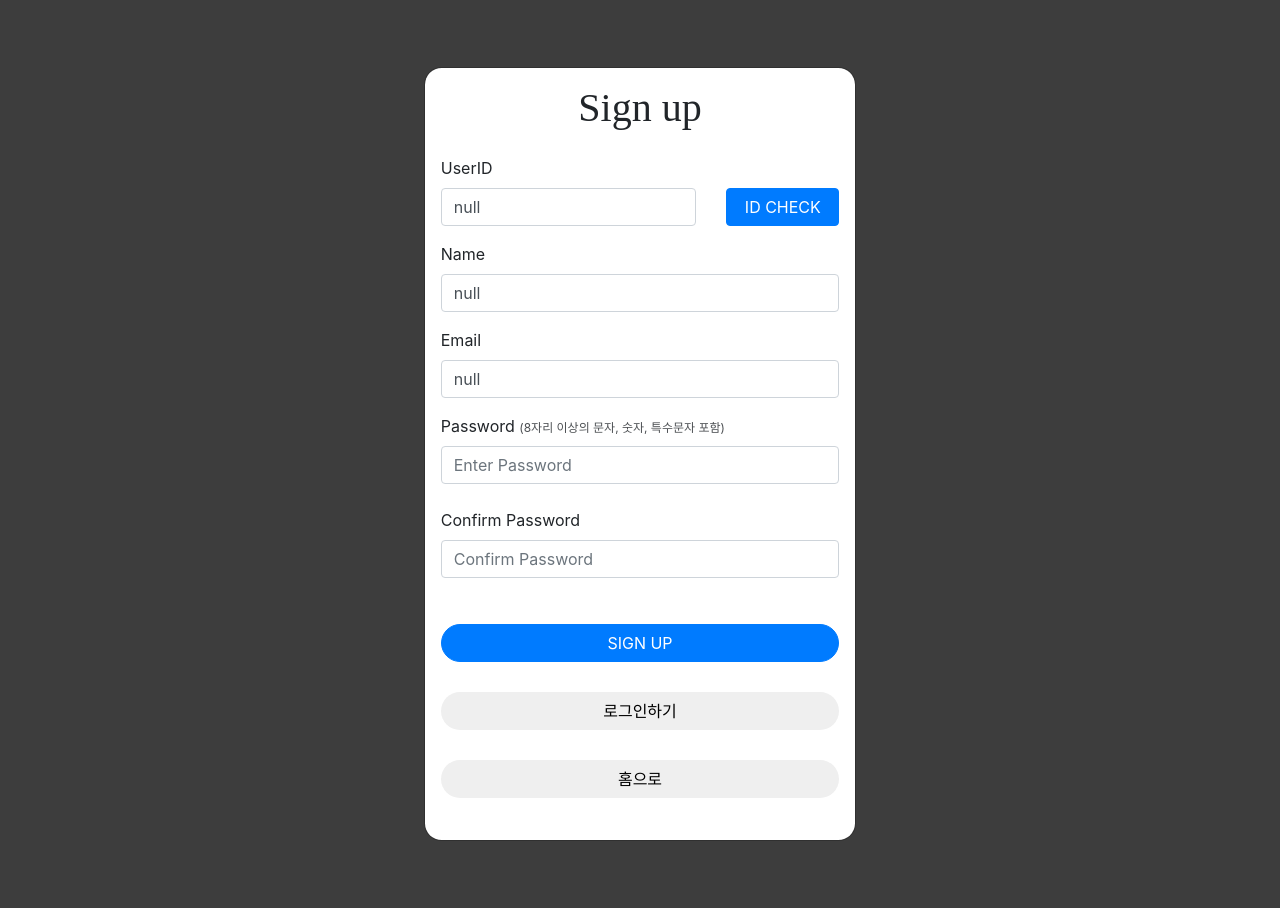
Repository: jeongeun-cloud/spring-study
Page: http://localhost/Session/registerForm.jsp
The author's editor kept a copy of each file at every save. The page is drawn from the files as they stood at one save, then again after the next save.
The browser window is 1280 px wide. The pictures show the whole page.
Some web fonts or font styles are not loaded; a fallback is used. The page is served by Tomcat 9. Other server files are loaded and not shown.

Above is the page before, as saved 2020-06-08 02:33:31.

### jsp_work/Session/WebContent/registerForm.jsp
<%@ page language="java" contentType="text/html; charset=UTF-8"
    pageEncoding="UTF-8"%>

<jsp:useBean id="user" class="jdbc.User" scope="request" />
<jsp:setProperty name="user" property="*"/>

<%
	String result = request.getParameter("result");
	System.out.println(result);
    	out.println(
    		"<script> history.replaceState({},null, location.pathname); </script>"
    	);

	String id = user.getId() == null? "" : user.getId();
	String name = user.getName() == null? "" : user.getName();
	String email = user.getEmail() == null? "" : user.getEmail();
%>

<!doctype html>
<html>
<head>
<meta http-equiv="Content-Type" content="text/html; charset=UTF-8">
<title>Signup Page</title>
   <link href="//maxcdn.bootstrapcdn.com/bootstrap/4.0.0/css/bootstrap.min.css" rel="stylesheet" id="bootstrap-css">
   <link href="https://fonts.googleapis.com/css?family=Kaushan+Script" rel="stylesheet">
   <style>
   body {
	    padding-top:4.2rem;
		padding-bottom:4.2rem;
		background:rgba(0, 0, 0, 0.76);
	}

   	h1,h2,h3 {
     	font-family: 'Kaushan Script', cursive;
	}

	.myform {
		position: relative;
		display: -ms-flexbox;
		display: flex;
		padding: 1rem;
		-ms-flex-direction: column;
		flex-direction: column;
		width: 100%;
		pointer-events: auto;
		background-color: #fff;
		background-clip: padding-box;
		border: 1px solid rgba(0,0,0,.2);
		border-radius: 1.1rem;
		outline: 0;
		max-width: 500px;
	}
	.tx-tfm {
	    text-transform:uppercase;
	}
	.mybtn {
	    border-radius:50px;
	}

	#pwdMsg {
		font-size:12px;
		opacity:0.8;
	}

   </style>

</head>
<body>
	<div class="container">
         <div class="col-md-5 mx-auto">
         <div id="first">
            <div class="myform form ">
                <div class="logo mb-3">
                   <div class="col-md-12 text-center">
                     <h1>Sign up</h1>
                   </div>
                  </div>

				<!-- <form action="registerAction.jsp" method="POST"> -->
				<form action="" name="regForm" id="regForm" method="POST" onsubmit="return checkValue()">
			        <div class="row">
		 		       	<div class="col-md-8 mb-3">
				            <label for="id">UserID</label>
				            <input type="text" class="form-control" name="id" id="id" value="<%=user.getId() %>" placeholder="UserID" required>
				            <div class="invalid-feedback" style="width: 100%;">
				              Your userID is required.
				            </div>
			            </div>
				        <div class="col-md-4 mb-3">
				        	<label for="id"><br></label>
			          		<input type="button" onclick="checkId()" class="btn btn-block btn-primary tx-tfm" name="idCheck" id="idCheck" value="ID Check">
				            <input type="hidden" name="result" id="result" value="<%=result %>">
				        </div>
			        </div>

			        <div class="mb-3">
			          <label for="name">Name </label>
			          <input type="text" class="form-control" name="name" id="name" value="<%=user.getName() %>" placeholder="Name" required>
			          <div class="invalid-feedback">
			            Please enter a valid email address for updates.
			          </div>
			        </div>

			        <div class="mb-3">
			          <label for="email">Email </label>
			          <input type="email" class="form-control" name="email" id="email" value="<%=user.getEmail() %>" placeholder="you@example.com" required>
			          <div class="invalid-feedback">
			            Please enter a valid email address for updates.
			          </div>
			        </div>

			        <div class="mb-3">
			          <label for="password">Password</label>
			          <label id="pwdMsg">(8자리 이상의 문자, 숫자, 특수문자 포함)</label>
			          <input type="password" class="form-control" name="pwd" id="pwd" placeholder="Enter Password" required>
			          <label id="regPwd"></label>
			          <div class="invalid-feedback">
			            Please enter your Password
			          </div>
			        </div>

			        <div class="mb-3">
			          <label for="passwordCheck">Confirm Password</label>
			          <input type="password" class="form-control" id="pwdCheck" placeholder="Confirm Password" required>
			          <div class="invalid-feedback">
			            Please enter your Password Confirm
			          </div>
			        </div>

			        <div class="mb-3">
				        <div class="alert alert-success" id="alert-success">비밀번호가 일치합니다.</div>
				        <div class="alert alert-danger" id="alert-danger">비밀번호가 일치하지 않습니다.</div>
					</div>

			        <div class="col-md-12 text-center" style="padding:30px 0 10px 0;">
                    	<button type="submit" class=" btn btn-block mybtn btn-primary tx-tfm">Sign Up</button>
                   	</div>
                   	<div class="col-md-12 text-center" style="padding:20px 0 10px 0;">
                      	<button onclick="location.href='/Session/loginForm.jsp'" class=" btn btn-block mybtn tx-tfm">로그인하기</button>
                   	</div>
                   	<div class="col-md-12 text-center" style="padding:20px 0 10px 0;">
                      	<button onclick="location.href='/Session/index.jsp'" class=" btn btn-block mybtn tx-tfm">홈으로</button>
                   	</div>
              	</form>
              </div>
           </div>
        </div>
   </div>

   	<script src="https://code.jquery.com/jquery-3.5.1.js" integrity="sha256-QWo7LDvxbWT2tbbQ97B53yJnYU3WhH/C8ycbRAkjPDc=" crossorigin="anonymous"></script>
   	<script type="text/javascript">

	   $(function() {

			$("#alert-success").hide();
			$("#alert-danger").hide();

			$("input").keyup(function() {
				var pwd1 = $("#pwd").val();
				var pwd2 = $("#pwdCheck").val();

				if (pwd1 != "" || pwd2 != "") {
					if (pwd1 == pwd2) {
						$("#alert-success").show();
						$("#alert-danger").hide();
						$("#submit").removeAttr("disabled");
					} else {
						$("#alert-success").hide();
						$("#alert-danger").show();
						$("#submit").attr("disabled", "disabled");
					}
				}
			});

		});
	</script>

	<script>
		function checkValue() {

			var regEmail = /^[\w-]{4,}@[\w-]+(\.\w+){1,3}$/;
			var regPwd = /^(?=.*[A-Za-z])(?=.*\d)(?=.*[$@$!%*#?&])[A-Za-z\d$@$!%*#?&]{8,}$/;
			var email = document.getElementById("email").value;
			var pwd = document.getElementById("pwd").value;
			var id = document.getElementById("id").value;
			var idCheck = document.getElementById("result").value;

/* 			else if(idCheck == "null") {
				alert("아이디 중복체크를 해주세요!");
				document.regForm.id.focus();
				return false;
			} */
			if(!regEmail.test(email)){
				alert("유효하지 않은 이메일입니다");
				document.regForm.email.focus();
				return false;
			}else if(!regPwd.test(pwd)){
				alert('비밀번호는 8자 이상이어야 하며, 숫자/영문자/특수문자를 모두 포함해야 합니다.');
				document.regForm.pwd.focus();
				return false;
			}
			return true;
	 	}

		function checkId() {
			var id = document.getElementById("id").value;
 		 	var url = "idCheck.jsp?id="+ id;
			/* var option = "width = 500, height = 500, top = 100, left = 200, location = no" */

			if(id == "") {
				alert("아이디를 입력해주세요!");
				return false;
			}else if(id.length<4 || id.length>12) {
				alert("아이디는 4~12자 사이로 입력해주세요.");
				document.regForm.id.focus();
				return false;
			}
			window.open(url, "","width=500, heigth=300, resizable=no, scrollbars =no");
		}

/*    			$.ajax({
		        type:"post",
		        url:"idCheck.jsp",
		        async:true,
		        data:"id=" + id,
		        success : function(data){
					alert(result.id);
		        	if(user != null) {
			            alert("이미 존재하는 아이디 입니다.");
		        	}else {
		        		alert("사용 가능한 아이디 입니다.");
		        	}
		        	location.href="";
		        },
		         error : function(){
		            alert("ajax error");
		        }
		    });   */
	</script>

</body>
</html>

### jsp_work/Session/src/jdbc/User.java
package jdbc;

import java.sql.Timestamp;

public class User implements java.io.Serializable {
	String id, pwd, name, email;
	Timestamp inDate, upDate;

	public User() {
		// TODO Auto-generated constructor stub
	}

	public String getId() {
		return id;
	}

	public void setId(String id) {
		this.id = id;
	}

	public String getPwd() {
		return pwd;
	}

	public void setPwd(String pwd) {
		this.pwd = pwd;
	}

	public String getName() {
		return name;
	}

	public void setName(String name) {
		this.name = name;
	}

	public String getEmail() {
		return email;
	}

	public void setEmail(String email) {
		this.email = email;
	}

	public Timestamp getInDate() {
		return inDate;
	}

	public void setInDate(Timestamp inDate) {
		this.inDate = inDate;
	}

	public Timestamp getUpDate() {
		return upDate;
	}

	public void setUpDate(Timestamp upDate) {
		this.upDate = upDate;
	}

	public User(String id) {
		this.id = id;
	}


	public User(String id, String pwd, String name, String email) {
		this.id = id;
		this.pwd = pwd;
		this.name = name;
		this.email = email;
	}

	public User(String id, String pwd, String name, String email, Timestamp inDate, Timestamp upDate) {
		this.id = id;
		this.pwd = pwd;
		this.name = name;
		this.email = email;
		this.inDate = inDate;
		this.upDate = upDate;
	}

	@Override
	public String toString() {
		return "User [id=" + id + ", pwd=" + pwd + ", name=" + name + ", email=" + email + ", inDate=" + inDate
				+ ", upDate=" + upDate + "]";
	}

}

After the next save:
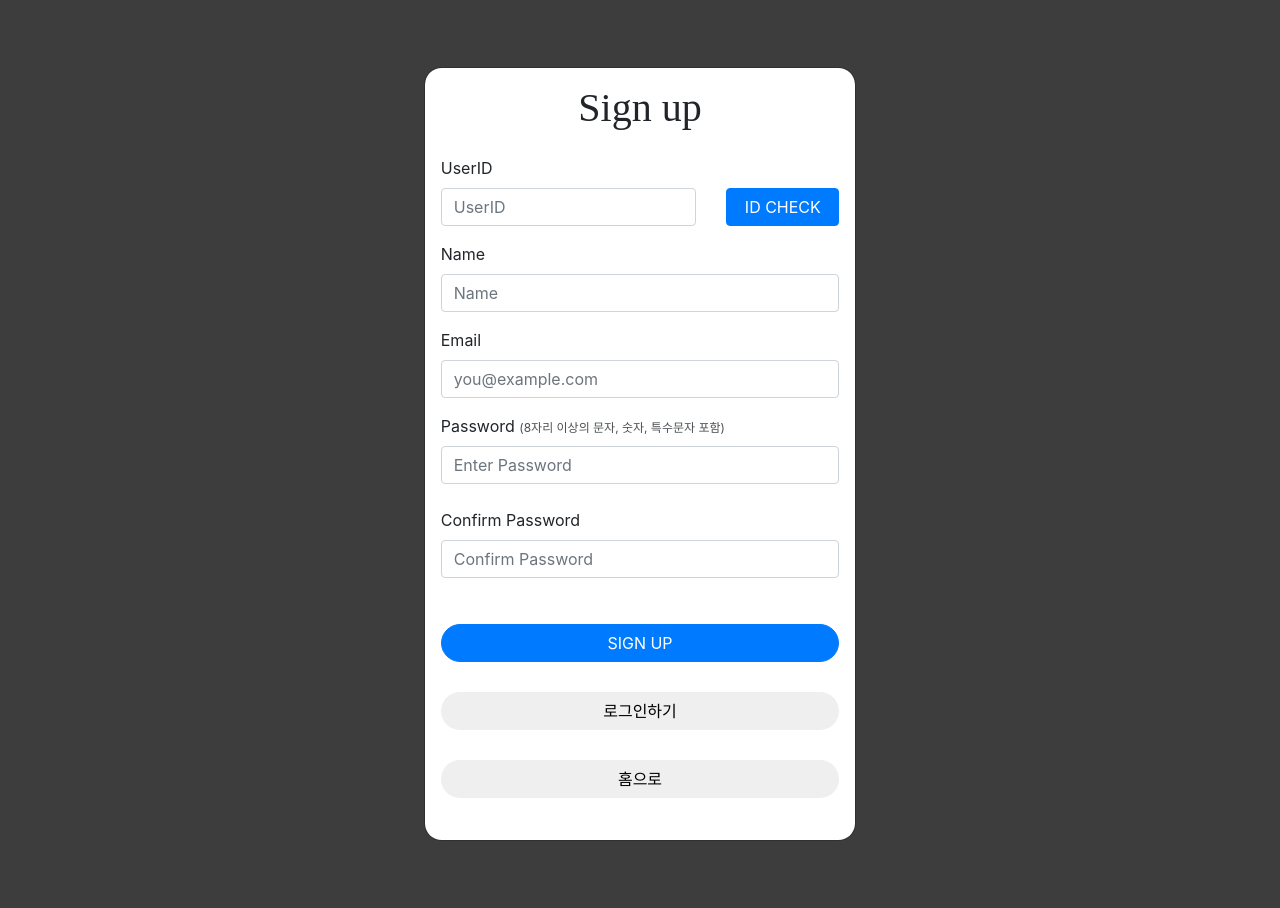
Saved 17 s later.
--- a/jsp_work/Session/WebContent/registerForm.jsp
+++ b/jsp_work/Session/WebContent/registerForm.jsp
@@ -81,7 +81,7 @@
 			        <div class="row">
 		 		       	<div class="col-md-8 mb-3">
 				            <label for="id">UserID</label>
-				            <input type="text" class="form-control" name="id" id="id" value="<%=user.getId() %>" placeholder="UserID" required>
+				            <input type="text" class="form-control" name="id" id="id" value="<%=id %>" placeholder="UserID" required>
 				            <div class="invalid-feedback" style="width: 100%;">
 				              Your userID is required.
 				            </div>
@@ -95,7 +95,7 @@
 
 			        <div class="mb-3">
 			          <label for="name">Name </label>
-			          <input type="text" class="form-control" name="name" id="name" value="<%=user.getName() %>" placeholder="Name" required>
+			          <input type="text" class="form-control" name="name" id="name" value="<%=name %>" placeholder="Name" required>
 			          <div class="invalid-feedback">
 			            Please enter a valid email address for updates.
 			          </div>
@@ -103,7 +103,7 @@
 
 			        <div class="mb-3">
 			          <label for="email">Email </label>
-			          <input type="email" class="form-control" name="email" id="email" value="<%=user.getEmail() %>" placeholder="you@example.com" required>
+			          <input type="email" class="form-control" name="email" id="email" value="<%=email %>" placeholder="you@example.com" required>
 			          <div class="invalid-feedback">
 			            Please enter a valid email address for updates.
 			          </div>
